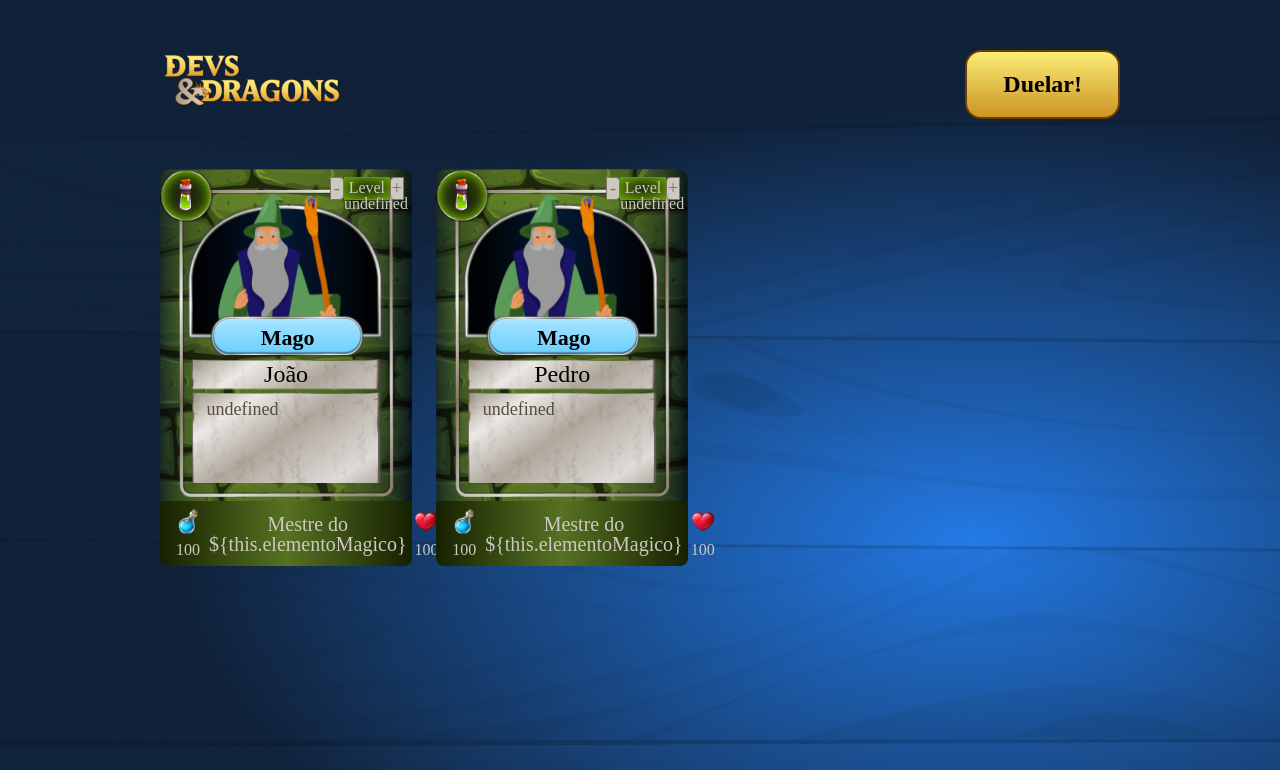
Repository: joaoPraiaJunior/js-classes-herencas-poo
Page: index.html
An editor plug-in stored every save of this project. The page is shown before and after the next save, followed by the edit.
The browser window is 1280 px wide. The pictures show the whole page.
Some web fonts or font styles are not loaded; a fallback is used.

Above is the page before, as saved 2024-09-09 17:44:41.

### index.html
<!DOCTYPE html>
<html lang="pt-BR" dir="ltr">

<head>
    <meta charset="UTF-8">
    <meta http-equiv="X-UA-Compatible" content="IE=edge">
    <meta name="viewport" content="width=device-width, initial-scale=1.0">
    <title>Cartas Personagens</title>
    <link rel="stylesheet" href="./src/assets/css/reset.css">
    <link rel="stylesheet" href="./src/assets/css/style.css">
    <link rel="stylesheet" href="./src/assets/css/modal.css">
    <link rel="icon" type="image/x-icon" href="./src/assets/img/favicon.png">
    <link href="https://fonts.googleapis.com/css2?family=Smythe&family=UnifrakturMaguntia&display=swap"
        rel="stylesheet">
    <link href="https://maxcdn.bootstrapcdn.com/font-awesome/4.7.0/css/font-awesome.min.css" rel="stylesheet">
</head>

<body>
    <header>
        <h1 class="titulo"><img src="./src/assets/img/logo.png" alt="logo Devs&Dragons"></h1>
        <button class="botao-duelar">Duelar!</button>
    </header>

    <ul id="personagens" class="personagens"></ul>

    <div class="fundo-modal" id="fundo-modal"></div>
    <div class="modal" id="modal">
        <img src="./src/assets/img/trofeu.png" alt="">
        <span class="mensagem"></span>
        <button class="modal-fechar-botao" id="fechar-botao"><i class="fa fa-times"></i></button>
    </div>

    <script type="module" src="./src/index.js"></script>
</body>

</html>

### src/assets/css/style.css
:root {
    --fonte-titulo-cartas: 'UnifrakturMaguntia', cursive;
    --fonte-textos: 'Smythe', cursive;
}

/*Genéricos*/

body {
    font-family: var(--fonte-textos);
    background-image: url(../img/fundo-madeira.png);
    height: 100vh;
}

header,
.personagens {
    width: 75%;
    margin: auto;
}

header {
    display: flex;
    justify-content: space-between;
    margin-top: 50px;
    margin-bottom: 50px;
    max-width: 1357px;
}

.titulo {
    color: white;
    font-size: 48px;
}

.botao-duelar {
    background: linear-gradient(180deg, #FAEC75 0%, #CE9424 100%);
    border: 2px solid #6C3F00;
    border-radius: 16px;
    font-family: var(--fonte-titulo-cartas);
    font-weight: 700;
    font-size: 24px;
    line-height: 31px;
    padding: 8px 36px;
}

.personagens {
    display: flex;
    flex-wrap: wrap;
    gap: 1.5rem;
    max-width: 1357px;
}

.personagem {
    width: 252.18px;
    cursor: pointer;
    transition: all 0.3s;
}

.personagem.selecionado {
    transform: translateY(-1.25rem);
}

.container-superior {
    height: 332px;
    position: relative;
}

.cabecalho {
    display: flex;
    justify-content: space-between;
    margin-bottom: 137px;
}

.combate {
    height: 53.33px;
    width: 53.33px;
    background-size: contain;
}

.level {
    height: 22.86px;
    display: flex;
    width: 74.66px;
    align-items: center;
    margin-top: 8px;
    margin-right: 8px;
    position: relative;
    z-index: 99;
}

.aumentar-level,
.diminuir-level {
    font-family: var(--fonte-textos);
    color: #817462;
    font-size: 18px;
    background-color: #CDC8C1;
    width: 14.86px
}

.aumentar-level {
    border: 1px solid #817462;
    border-radius: 4px 0 0 4px;
}

.diminuir-level {
    border: 1px solid #817462;
    border-radius: 0 4px 4px 0;
}

.level-texto {
    width: 45.71px;
    border-bottom: 1px solid #817462;
    border-top: 1px solid #817462;
    color: #CDC8C1;
    text-align: center;
    height: 22.86px;
    padding-top: 2px;
}

.container-imagem {
    height: 160px;
    height: 166px;
    width: 79%;
    position: absolute;
    top: 21px;
    left: 25px;
}

.imagem {
    height: 148.56px;
}

.container-tipo {
    background-image: url(../img/tarja-azul.png);
    background-repeat: no-repeat;
    height: 40px;
    width: 78%;
    position: absolute;
    top: 125px;
    left: 25px;
}

.tipo {
    font-family: var(--fonte-titulo-cartas);
    text-align: center;
    padding: 12px 0;
    font-weight: 700;
    font-size: 22px;
}

.container-nome {
    background-image: url(../img/fundo-nome.png);
    background-repeat: no-repeat;
    height: 31.63px;
    width: 191px;
    margin: auto;

}

.nome {
    font-size: 24px;
    line-height: 30px;
    text-align: center;

}

.container-descricao {
    background-image: url(../img/fundo-descricao.png);
    background-repeat: no-repeat;
    height: 92px;
    width: 191px;
    margin: auto;
}

.descricao {
    font-size: 18px;
    line-height: 21px;
    color: #554B40;
    padding: 8px 16px;
}

.container-inferior {
    height: 65px;
    gap: 8px;
    display: grid;
    padding: 8px 16px;
    grid-template-columns: auto 1fr auto;
    grid-template-areas:
        "mana insignia vida"
        "valor-mana insignia valor-vida";
}

.mana,
.vida,
.insignia {
    color: #CDC8C1;
}

.mana {
    grid-area: valor-mana;
}

.vida {
    grid-area: valor-vida;
}

.icone-vida {
    grid-area: vida;
}

.icone-mana {
    grid-area: mana;
}

.insignia {
    grid-area: insignia;
    justify-self: center;
    align-self: center;
    font-size: 20px;
    text-align: center;

}

/*Mago*/

.Mago .container-superior {
    background-image: url(../img/fundo-carta-verde.png);
}

.Mago .container-inferior {
    background-image: url(../img/retangulo-verde.png);
}

.Mago .combate {
    background-image: url(../img/combate-mago.png);
}

.Mago .level-texto {
    background: radial-gradient(#1F270A, #66A002);
}

.Mago .imagem {
    background-image: url(../img/mago.png);
    background-repeat: no-repeat;
}

/*Arqueiro*/

.Arqueiro .container-superior {
    background-image: url(../img/fundo-carta-azul.png);
}

.Arqueiro .container-inferior {
    background-image: url(../img/retangulo-azul.png);
}

.Arqueiro .combate {
    background-image: url(../img/combate-arqueiro.png);
}

.Arqueiro .level-texto {
    background: radial-gradient(#072041, #145BAB);
}

.Arqueiro .imagem {
    background-image: url(../img/arqueiro.png);
    background-repeat: no-repeat;
}

/*Guerreiro*/

.Guerreiro .container-superior {
    background-image: url(../img/fundo-carta-vermelha.png);
}

.Guerreiro .container-inferior {
    background-image: url(../img/retangulo-vermelho.png);
}

.Guerreiro .combate {
    background-image: url(../img/combate-guerreiro.png);
}

.Guerreiro .level-texto {
    background: radial-gradient(#56272D, #C1272D);
}

.Guerreiro .imagem {
    background-image: url(../img/guerreiro.png);
    background-repeat: no-repeat;
}

/*ArqueiroMago*/

.ArqueiroMago .container-superior {
    background-image: url(../img/fundo-carta-roxa.png);
}

.ArqueiroMago .container-inferior {
    background-image: url(../img/retangulo-roxo.png);
}

.ArqueiroMago .combate {
    background-image: url(../img/combate-arqueiro-Mago.png);
}

.ArqueiroMago .level-texto {
    background: radial-gradient(#3D003F, #93278F);
}

.ArqueiroMago .imagem {
    background-image: url(../img/arqueiro-mago.png);
    background-repeat: no-repeat;
}

### src/assets/css/modal.css
.modal {
    pointer-events: none;
    opacity: 0;
    transition: opacity 0.3s;
    position: absolute;
    top: 40%;
    left: 0;
    right: 0;
    width: 336px;
    height: 120px;
    margin: 0 auto;
    padding: 30px;
    background: #fff;
    border-radius: 4px;
    box-shadow: 0 3px 10px rgba(0, 0, 0, 0.3);
    background: linear-gradient(180deg, #FAEC75 0%, #CE9424 100%);
    border: 2px solid #6C3F00;
    z-index: 100;
    display: flex;
    align-items: center;
}

.modal-fechar-botao {
    position: absolute;
    right: 10px;
    top: 10px;
    font-size: 20px;
}

.fundo-modal {
    pointer-events: none;
    opacity: 0;
    transition: opacity 0.3s;
    position: fixed;
    top: 0;
    left: 0;
    right: 0;
    bottom: 0;
    width: 100%;
    height: 100%;
    background-color: rgba(0, 0, 0, 0.5);
    z-index: 99;
}

.visivel {
    opacity: 1;
    pointer-events: auto;
}

.mensagem {
    font-size: 24px;
    line-height: 28px;
    color: #6C3F00;
    margin-left: 24px;
}

### src/index.js
import { PersonagemView } from './components/personagem-view.js';
import { Mago } from './modules/Mago.js';


const magoJoao = new Mago('João', 3, 'Fogo', 7, 9);
const magoJulia = new Mago('Pedro', 10, 'Água', 5, 7);

const personagens = [magoJoao, magoJulia];
const personagemView = new PersonagemView(personagens);
personagemView.render();

### src/components/personagem-view.js
export class PersonagemView {

    personagens

    constructor(personagens) {
        this.personagens = personagens
        this.ulPersonagens = document.querySelector('ul#personagens')
    }

    render() {
        this.ulPersonagens.innerHTML = ''
        this.personagens.forEach(personagem => {
            const personagemLI = this.criaPersonagem(personagem)
            this.ulPersonagens.appendChild(personagemLI)
        })
    }

    criaPersonagem = (personagem) => {
        const personagemLI = document.createElement('li')
        personagemLI.classList.add('personagem', personagem.tipo)

        //const estaSelecionado = this.personagensSelecionados.indexOf(personagem) !== -1 //sintaxe para quando encontra no array

        //if (estaSelecionado) personagemLI.classList.add('selecionado')

        personagemLI.innerHTML =

        `
        <div class="container-superior">
            <div class="cabecalho">
                <div class="combate"></div>
                <div class="level">
                    <button class="diminuir-level">-</button>
                    <p class="level-texto">Level ${personagem.level}</p>
                    <button class="aumentar-level">+</button>
                </div>
            </div>
            <div class="container-imagem">
                <div class="imagem"></div>
                <div class="container-tipo">
                    <h2 class="tipo">${personagem.tipo}</h2>
                </div>
            </div>
            <div class="container-nome">
                <h3 class="nome">${personagem.nome}</h3>
            </div>
            <div class="container-descricao">
                <p class="descricao">${personagem.descricao}</p>
            </div>
        </div>
        <div class="container-inferior">
            <img src="./src/assets/img/icone-mana.png" class="icone-mana">
            <p class="insignia">${personagem.obterInsignia()}</p>
            <img src="./src/assets/img/icone-vida.png" class="icone-vida">
            <h4 class="mana">${personagem.mana}</h4>
            <h4 class="vida">${personagem.vida}</h4>
        </div>
        `

        /*const containerLevel = personagemLI.querySelector('.level')
        containerLevel.onclick = (evt) => {
            evt.stopPropagation()

            if (evt.target.classList.contains('diminuir-level')) personagem.diminuirLevel()

            if (evt.target.classList.contains('aumentar-level')) personagem.aumentarLevel()

            this.render()
        }*/


        /*personagemLI.onclick = () => {
            const jaTem2Selecionados = this.personagensSelecionados.length === 2
            if (!jaTem2Selecionados || estaSelecionado) {
                personagemLI.classList.toggle('selecionado')

                if (!estaSelecionado) return this.adicionaSelecao(personagem)

                this.removeSelecao(personagem)
            }
        }*/

        return personagemLI
    }


    /*adicionaSelecao = (personagem) => {
        this.personagensSelecionados.push(personagem)
        this.render()
    }


    removeSelecao = (personagem) => {
        const indexDoPersonagemNoArray = this.personagensSelecionados.indexOf(personagem)
        this.personagensSelecionados.splice(indexDoPersonagemNoArray, 1)
        this.render()
    }

    escutarEventoDuelo() {
        const botaoDuelar = document.querySelector('.botao-duelar')

        botaoDuelar.addEventListener('click', () => {
            if (this.personagensSelecionados.length < 2) return mostrarModal('Selecione 2 personagens')

            const resultadoDuelo = Personagem.verificarVencedor(this.personagensSelecionados[0], this.personagensSelecionados[1])

            mostrarModal(resultadoDuelo)

            this.personagensSelecionados.splice(0, this.personagensSelecionados.length)

            this.render()
        })
    }*/
}

### src/modules/Mago.js
import { Personagem } from './Personagem.js'

export class Mago  extends Personagem {

    elementoMagico
    levelMagico
    inteligencia
    tipo = 'Mago'

    constructor(nome, level, elementoMagico, levelMagico, inteligencia) {
        super(nome, level)
        this.elementoMagico = elementoMagico
        this.levelMagico = levelMagico
        this.inteligencia = inteligencia
    }

    obterInsignia() {
        if(this.levelMagico >= 5 && this.inteligencia >= 5) {
            return 'Mestre do ${this.elementoMagico}'
        }
        return super.obterInsignia()
    }
}

### src/modules/Personagem.js
export class Personagem {
    nome
    vida
    mana
    level
    descricao

    constructor(nome, vida, mana, level, tipo, descricao) {
        this.nome = nome;
        this.vida = 100;
        this.mana = 100;
        this.level = level;
        this.descricao = descricao;
    }

    obterInsignia() {
        if(this.level >= 5) {
            return `Implacável ${this.tipo} `
        }

        return `Iniciante ${this.tipo}`
    }
}

Loaded but not shown: src/assets/css/reset.css (common file)

After the next save:
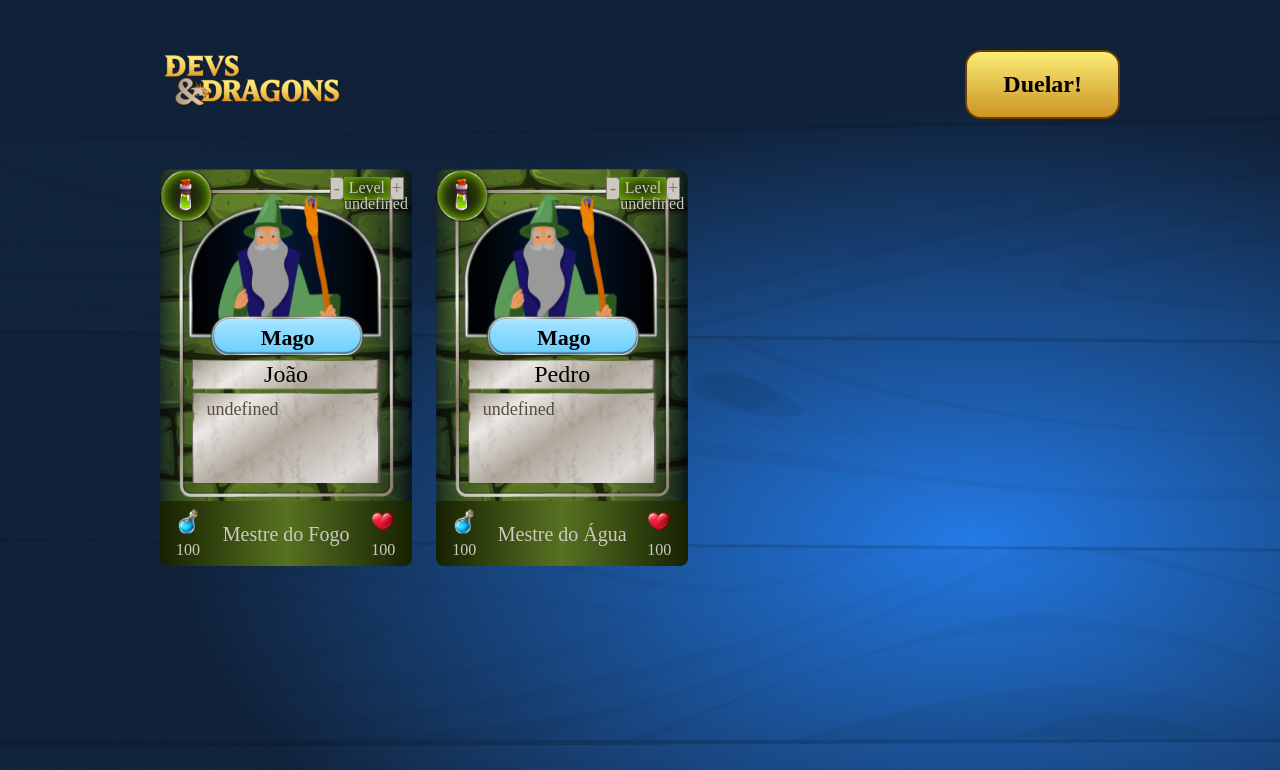
Saved 17 s later.
--- a/src/modules/Mago.js
+++ b/src/modules/Mago.js
@@ -16,7 +16,7 @@
 
     obterInsignia() {
         if(this.levelMagico >= 5 && this.inteligencia >= 5) {
-            return 'Mestre do ${this.elementoMagico}'
+            return `Mestre do ${this.elementoMagico}`
         }
         return super.obterInsignia()
     }
